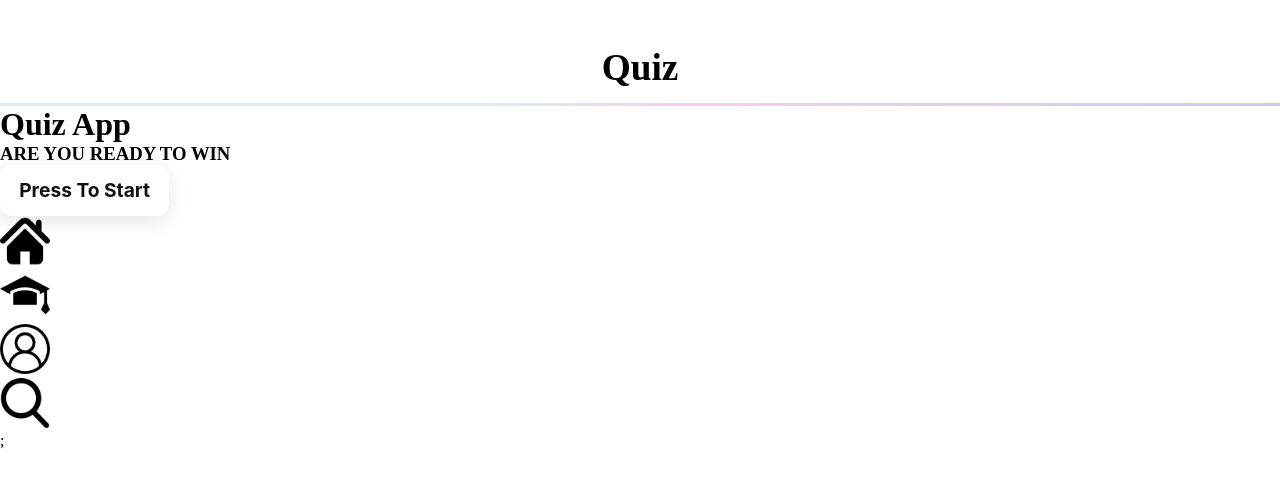
Repository: 1medi/pocketprof
Page: /QuizPage
The author's editor kept a copy of each file at every save. The page is drawn from the files as they stood at one save, then again after the next save.
The browser window is 1280 px wide. The pictures show the whole page.
The project was rebuilt for these pictures with package versions that can differ from the ones it lists, and the page was loaded fresh each time. The framework's server and built-in components were replaced by stand-ins that run in the browser. Also part of the build but not shown: next.config.mjs, Components/Buttons/Oscar/Oscar.module.css, Components/Buttons/Oscar/index.js.

Above is the page before, as saved 2024-04-21 21:02:39.

After the next save:
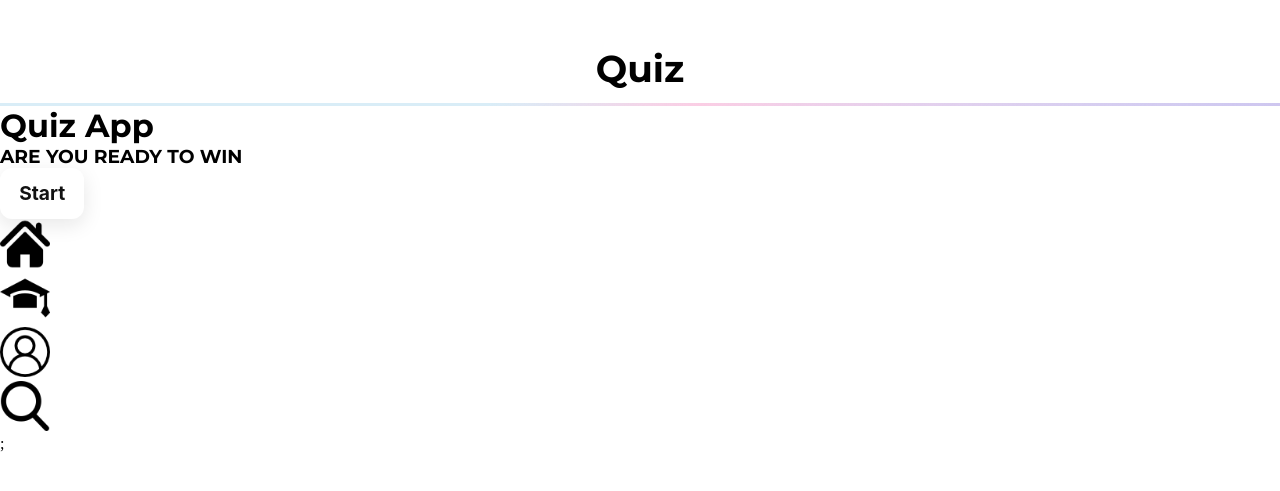
Saved 62 s later.
--- a/pages/QuizPage.js
+++ b/pages/QuizPage.js
@@ -4,6 +4,9 @@ import Link from "next/link";
 import Header from "@/Components/Header";
 import Button3 from "@/Components/Buttons/Button3"
 import NavBar from "@/Components/Navbar";
+import { Montserrat } from "next/font/google";
+
+const montserrat = Montserrat({ subsets: ['latin'] })
 
 export default function QuizPage() {
   return (
@@ -11,22 +14,27 @@ export default function QuizPage() {
       <Head>
         <title>Quiz Page</title>
         <meta name="description" content="Quiz section" />
-        <meta name="viewport" content="width=device-width, initial-scale=1" />
+        <meta name="viewport" content="width=430" />
         <link rel="icon" href="/favicon.ico" />
       </Head>
+      <div className={styles.mobileContainer}>
       <Header name="Quiz"/>
-      <main className={`${styles.main}`}>
+      <main className={`${styles.main} ${montserrat.className}`}>
         <div className={styles.container}>
           <h1 className={styles.title}>Quiz App</h1>
+          <div></div>
           <div className={styles.descriptionContainer}>
             <h3>ARE YOU READY TO WIN</h3>
           </div>
           <Link href='/quiz/page' className={styles.buttonContainer}>
-            <Button3 name={"Press To Start"} />
+            <Button3 name={"Start"} />
           </Link>
         </div>
+        <div></div>
       </main>
       <NavBar />
+      </div>
+
     </>
   );
 }
